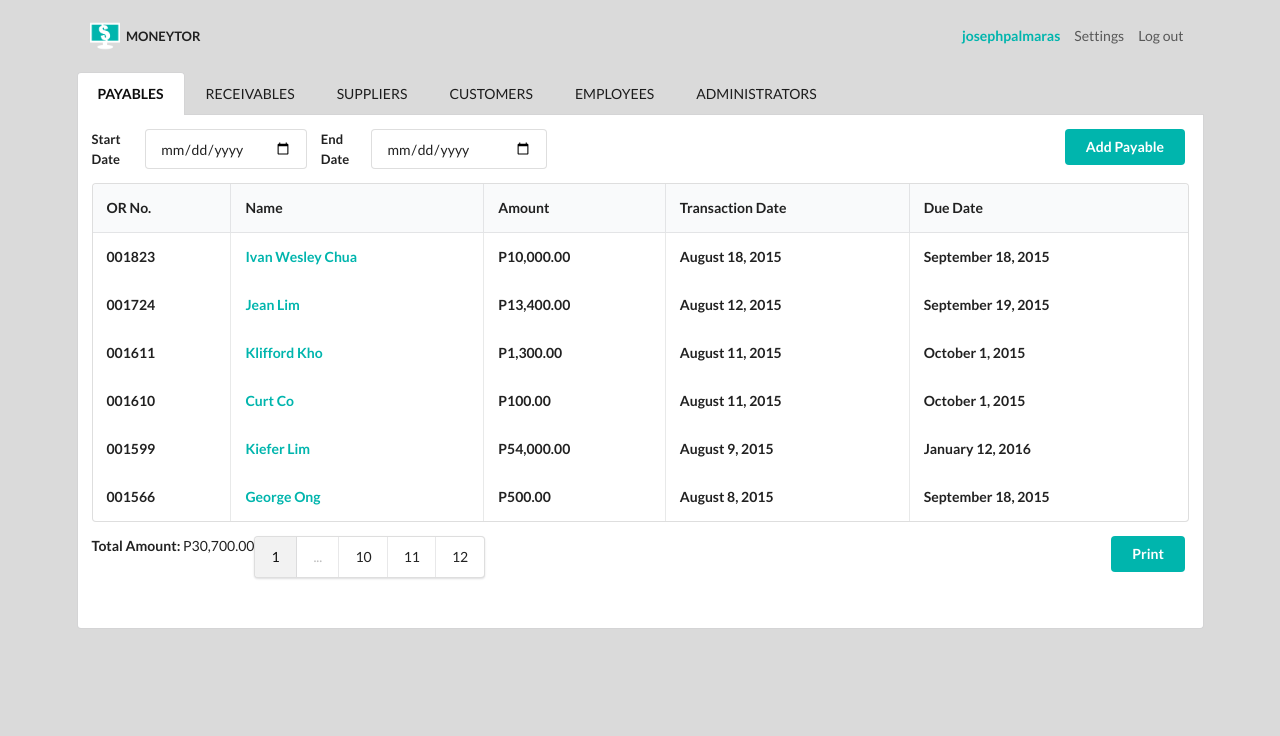
Repository: TV5/MoneyTor
Page: Workspace/MoneyTor/war/main.html
An editor plug-in stored every save of this project. The page is shown before and after the next save, followed by the edit.
The browser window is 1280 px wide. The pictures show the whole page.

Above is the page before, as saved 2015-08-18 16:34:20.

### Workspace/MoneyTor/war/main.html
<!DOCTYPE html>
<html>
<head>
  <!-- Standard Meta -->
  <meta charset="utf-8" />
  <meta http-equiv="X-UA-Compatible" content="IE=edge,chrome=1" />
  <meta name="viewport" content="width=device-width, initial-scale=1.0, maximum-scale=1.0">

  <!-- Site Properities -->
  <title>Main Page</title>
  <link rel="stylesheet" type="text/css" href="../dist/components/reset.css">
  <link rel="stylesheet" type="text/css" href="../dist/components/site.css">

  <link rel="stylesheet" type="text/css" href="../dist/components/container.css">
  <link rel="stylesheet" type="text/css" href="../dist/components/grid.css">
  <link rel="stylesheet" type="text/css" href="../dist/components/header.css">
  <link rel="stylesheet" type="text/css" href="../dist/components/image.css">
  <link rel="stylesheet" type="text/css" href="../dist/components/menu.css">

  <link rel="stylesheet" type="text/css" href="../dist/components/divider.css">
  <link rel="stylesheet" type="text/css" href="../dist/components/segment.css">
  <link rel="stylesheet" type="text/css" href="../dist/components/form.css">
  <link rel="stylesheet" type="text/css" href="../dist/components/input.css">
  <link rel="stylesheet" type="text/css" href="../dist/components/button.css">
  <link rel="stylesheet" type="text/css" href="../dist/components/list.css">
  <link rel="stylesheet" type="text/css" href="../dist/components/message.css">
  <link rel="stylesheet" type="text/css" href="../dist/components/icon.css">
  <link rel="stylesheet" type="text/css" href="../dist/components/tab.min.css">
  <link rel="stylesheet" type="text/css" href="../dist/components/table.min.css">
  <link rel="stylesheet" type="text/css" href="../dist/components/modal.min.css">
  <link rel="stylesheet" type="text/css" href="../dist/components/dimmer.min.css">
  <link rel="stylesheet" type="text/css" href="../dist/components/transition.min.css">
  <script src="assets/library/jquery.min.js"></script>
  <script src="../dist/components/form.js"></script>
  <script src="../dist/components/transition.js"></script>
  <script src="../dist/components/tab.min.js"></script>
  <script src="../dist/components/modal.min.js"></script>
  <script src="../dist/components/dimmer.min.js"></script>
  <script src="../dist/components/transition.min.js"></script>

  <style type="text/css">
    body {
      background-color: #DADADA;
    }
    body > .grid {
      height: 100%;
    }
    .image {
      margin-top: -100px;
    }
    .column {
      max-width: 450px;
    }
    .firstmenu {
    	padding-left: 20px;
    	padding-right: 20px;
    	padding-top: 0px;
    }
    a {
    	color: #00b5ad;
    }
    .link {
    	color: #00b5ad !important;
    }
  </style>
</head>
<body>


<div class="ui container">
	<div class="ui text menu firstmenu" width="100%">
	  <img src="assets/images/logo.png" style="width:30px;height:30px;margin-top:5px">
	  <div class="header item">MONEYTOR </div>


	  <div class="right menu">
	   <a class="item link">
	     <b>josephpalmaras</b>
	   </a>
	   <a id="settingsLink" class="item">
	     Settings
	   </a>
	   <a class="ui item">
	      Log out
	    </a>
	  </div>

	</div>
	<div class="ui top attached tabular menu">
	  <a class="active item">
	    PAYABLES
	  </a>
	  <a class="item">
	    RECEIVABLES
	  </a>
	  <a class="item">
	    SUPPLIERS
	  </a>
	  <a class="item">
	    CUSTOMERS
	  </a>
	  <a class="item">
	    EMPLOYEES
	  </a>
	  <a class="item">
	    ADMINISTRATORS
	  </a>
	</div>

	<div class="ui bottom attached active tab segment" style="padding-bottom:50px">
	  <div class="ui form ">
	  	<div class="inline fields" style="float:left">
	  	<div class="ten wide field">
	      <label>Start Date</label>
	      <input type="date">
	    </div>
	    <div class="ten wide field">
	      <label>End Date</label>
	      <input type="date">
	    </div>
	    </div>
	    <div class="three wide feild" style="float:right">
	      <button id="addPayableBtn" class="ui button teal">Add Payable</button>
	    </div>
	  </div>
	  <table class="ui celled padded table">
	  <thead>
	    <tr>
	    <th>OR No.</th>
	    <th>Name</th>
	    <th>Amount</th>
	    <th>Transaction Date</th>
	    <th>Due Date</th>
	  	</tr>
	  </thead>
	  <tbody>
	  	<tr>
	    <th>001823</th>
	    <th><a href="#">Ivan Wesley Chua</a></th>
	    <th>P10,000.00</th>
	    <th>August 18, 2015</th>
	    <th>September 18, 2015</th>
	  	</tr>
	  	<tr>
	    <th>001724</th>
	    <th><a href="#">Jean Lim</a></th>
	    <th>P13,400.00</th>
	    <th>August 12, 2015</th>
	    <th>September 19, 2015</th>
	  	</tr>
	  	<tr>
	    <th>001611</th>
	    <th><a href="#">Klifford Kho</a></th>
	    <th>P1,300.00</th>
	    <th>August 11, 2015</th>
	    <th>October 1, 2015</th>
	  	</tr>
	  	<tr>
	    <th>001610</th>
	    <th><a href="#">Curt Co</a></th>
	    <th>P100.00</th>
	    <th>August 11, 2015</th>
	    <th>October 1, 2015</th>
	  	</tr>
	  	<tr>
	    <th>001599</th>
	    <th><a href="#">Kiefer Lim</a></th>
	    <th>P54,000.00</th>
	    <th>August 9, 2015</th>
	    <th>January 12, 2016</th>
	  	</tr>
	  	<tr>
	    <th>001566</th>
	    <th><a href="#">George Ong</a></th>
	    <th>P500.00</th>
	    <th>August 8, 2015</th>
	    <th>September 18, 2015</th>
	  	</tr>
	  </tbody>
	  </table>
	  <div>
	<div class="ui pagination menu">
  <a class="active item">
    1
  </a>
  <div class="disabled item">
    ...
  </div>
  <a class="item">
    10
  </a>
  <a class="item">
    11
  </a>
  <a class="item">
    12
  </a>
</div>
	  <p style="float:left"><b>Total Amount: </b> P30,700.00</p>
	  <button class="ui button teal" style="float:right">Print</button>
		</div>
	</div>
</div>

<div id="userSettings" class="ui modal">
  <div class="header">User Settings</div>
  <div class="content">
    <form class="ui form">

    	<div class="inline fields">
		    <div class="two wide field">
		      <label>Username</label>
		    </div>
		    <div class="fourteen wide field">
		      josephpalmaras
		    </div>
		</div>

		<div class="inline fields">
		    <div class="two wide field">
		      <label>Password</label>
		    </div>
		    <div class="fourteen wide field">
		      <text>****** </text> <a href="#">change password</a>
		    </div>
		</div>

		<div class="inline fields">
		    <div class="two wide field">
		      <label>Name</label>
		    </div>
		    <div class="fourteen wide field">
		      <input type="text" value="Joseph Gabriell Palmaras"/>
		    </div>
		</div>
    </form>
  </div>
		<div class="actions">
			<div class="ui approve button teal">Save</div>
		    <div class="ui cancel button teal">Cancel</div>
		</div>
</div>

<!-- PAYABLE INFORMATION -->
<div id="addPayable" class="ui modal">
  <div class="header">Account Payable</div>
  <div class="content">
    <form class="ui form">

    	<div class="inline fields">
		    <div class="two wide field">
		      <label>Supplier Name</label>
		    </div>
		    <div class="fourteen wide field">
		      <input type="text">
		    </div>
		</div>

    	<div class="inline fields">
		    <div class="two wide field">
		      <label>Official Receipt Number</label>
		    </div>
		    <div class="fourteen wide field">
		      <input type="text">
		    </div>
		</div>

		<div class="inline fields">
		    <div class="two wide field">
		      <label>Amount</label>
		    </div>
		    <div class="fourteen wide field">
		      <input type="number">
		    </div>
		</div>

		<div class="inline fields">
		    <div class="two wide field">
		      <label>Transaction Date</label>
		    </div>
		    <div class="fourteen wide field">
		      <input type="date">
		    </div>
		</div>

		<div class="inline fields">
		    <div class="two wide field">
		      <label>Due Date</label>
		    </div>
		    <div class="fourteen wide field">
		      <input type="date">
		    </div>
		</div>


    </form>
  </div>
  <div class="actions">
    <div class="ui approve button teal">Save</div>
    <div class="ui button teal">Add More</div>
    <div class="ui cancel button teal">Cancel</div>
  </div>
</div>


<!-- SUPPLIER INFORMATION
<div id="addPayable" class="ui modal">
  <div class="header">Supplier</div>
  <div class="content">
    <form class="ui form">

    	<div class="inline fields">
		    <div class="two wide field">
		      <label>Name</label>
		    </div>
		    <div class="fourteen wide field">
		      <input type="text">
		    </div>
		</div>

    	<div class="inline fields">
		    <div class="two wide field">
		      <label>Address</label>
		    </div>
		    <div class="fourteen wide field">
		      <input type="text">
		    </div>
		</div>

    	<div class="inline fields">
		    <div class="two wide field">
		      <label>Contact Number</label>
		    </div>
		    <div class="fourteen wide field">
		      <input type="text">
		    </div>
		</div>

    	<div class="inline fields">
		    <div class="two wide field">
		      <label>Terms</label>
		    </div>
		    <div class="seven wide field">
		      <input type="number">
		    </div>
		    <div class="seven wide field">
		      <select class="ui fluid dropdown">
    			<option value="">days</option>
    			<option value="">weeks</option>
    			<option value="">months</option>
    			<option value="">years</option>
    		  </select>
		    </div>
		</div>

    </form>
  </div>
  <div class="actions">
    <div class="ui approve button">Save</div>
    <div class="ui button">Add More</div>
    <div class="ui cancel button">Cancel</div>
  </div>
</div> -->

</body>
<script type="text/javascript">

	$('#addPayableBtn').click(function(){
		$('#addPayable').modal('show');
	});

	$('#settingsLink').click(function(){
		$('#userSettings').modal('show');
	});

</script>
</html>

### Workspace/MoneyTor/war/dist/components/site.css
/*!
 * # Semantic UI 2.0.8 - Site
 * http://github.com/semantic-org/semantic-ui/
 *
 *
 * Copyright 2015 Contributors
 * Released under the MIT license
 * http://opensource.org/licenses/MIT
 *
 */


/*******************************
             Page
*******************************/

@import url('https://fonts.googleapis.com/css?family=Lato:400,700,400italic,700italic&subset=latin');
html,
body {
  height: 100%;
}
html {
  font-size: 14px;
}
body {
  margin: 0px;
  padding: 0px;
  overflow-x: hidden;
  min-width: 320px;
  background: #ffffff;
  font-family: 'Lato', 'Helvetica Neue', Arial, Helvetica, sans-serif;
  font-size: 14px;
  line-height: 1.4285em;
  color: rgba(0, 0, 0, 0.87);
  font-smoothing: antialiased;
}


/*******************************
             Headers
*******************************/

h1,
h2,
h3,
h4,
h5 {
  font-family: 'Lato', 'Helvetica Neue', Arial, Helvetica, sans-serif;
  line-height: 1.2857em;
  margin: calc(2rem -  0.14285em ) 0em 1rem;
  font-weight: bold;
  padding: 0em;
}
h1 {
  min-height: 1rem;
  font-size: 2rem;
}
h2 {
  font-size: 1.714rem;
}
h3 {
  font-size: 1.28rem;
}
h4 {
  font-size: 1.071rem;
}
h5 {
  font-size: 1rem;
}
h1:first-child,
h2:first-child,
h3:first-child,
h4:first-child,
h5:first-child {
  margin-top: 0em;
}
h1:last-child,
h2:last-child,
h3:last-child,
h4:last-child,
h5:last-child {
  margin-bottom: 0em;
}


/*******************************
             Text
*******************************/

p {
  margin: 0em 0em 1em;
  line-height: 1.4285em;
}
p:first-child {
  margin-top: 0em;
}
p:last-child {
  margin-bottom: 0em;
}

/*-------------------
        Links
--------------------*/

a {
  color: #4183c4;
  text-decoration: none;
}
a:hover {
  color: #1e70bf;
  text-decoration: none;
}


/*******************************
          Highlighting
*******************************/


/* Site */
::-webkit-selection {
  background-color: #cce2ff;
  color: rgba(0, 0, 0, 0.87);
}
::-moz-selection {
  background-color: #cce2ff;
  color: rgba(0, 0, 0, 0.87);
}
::selection {
  background-color: #cce2ff;
  color: rgba(0, 0, 0, 0.87);
}

/* Form */
textarea::-webkit-selection,
input::-webkit-selection {
  background-color: rgba(100, 100, 100, 0.4);
  color: rgba(0, 0, 0, 0.87);
}
textarea::-moz-selection,
input::-moz-selection {
  background-color: rgba(100, 100, 100, 0.4);
  color: rgba(0, 0, 0, 0.87);
}
textarea::selection,
input::selection {
  background-color: rgba(100, 100, 100, 0.4);
  color: rgba(0, 0, 0, 0.87);
}


/*******************************
        Global Overrides
*******************************/



/*******************************
         Site Overrides
*******************************/

### Workspace/MoneyTor/war/dist/components/container.css
/*!
 * # Semantic UI 2.0.8 - Container
 * http://github.com/semantic-org/semantic-ui/
 *
 *
 * Copyright 2015 Contributors
 * Released under the MIT license
 * http://opensource.org/licenses/MIT
 *
 */


/*******************************
            Container
*******************************/


/* All Sizes */
.ui.container {
  display: block;
  max-width: 100% !important;
}

/* Mobile */
@media only screen and (max-width: 767px) {
  .ui.container {
    width: auto;
    margin-left: 1em !important;
    margin-right: 1em !important;
  }
  .ui.grid.container {
    width: auto !important;
  }
}

/* Tablet */
@media only screen and (min-width: 768px) and (max-width: 991px) {
  .ui.container {
    width: 723px;
    margin-left: auto !important;
    margin-right: auto !important;
  }
  .ui.grid.container {
    width: calc( 723px  +  2em ) !important;
  }
}

/* Small Monitor */
@media only screen and (min-width: 992px) and (max-width: 1199px) {
  .ui.container {
    width: 933px;
    margin-left: auto !important;
    margin-right: auto !important;
  }
  .ui.grid.container {
    width: calc( 933px  +  2em ) !important;
  }
}

/* Large Monitor */
@media only screen and (min-width: 1200px) {
  .ui.container {
    width: 1127px;
    margin-left: auto !important;
    margin-right: auto !important;
  }
  .ui.grid.container {
    width: calc( 1127px  +  2em ) !important;
  }
}


/*******************************
             Types
*******************************/


/* Text Container */
.ui.text.container {
  font-family: 'Lato', 'Helvetica Neue', Arial, Helvetica, sans-serif;
  max-width: 700px !important;
  line-height: 1.5;
}
.ui.text.container {
  font-size: 1.14285714rem;
}

/* Fluid */
.ui.fluid.container {
  width: 100%;
}


/*******************************
           Variations
*******************************/

.ui[class*="left aligned"].container {
  text-align: left;
}
.ui[class*="center aligned"].container {
  text-align: center;
}
.ui[class*="right aligned"].container {
  text-align: right;
}
.ui.justified.container {
  text-align: justify;
  -webkit-hyphens: auto;
     -moz-hyphens: auto;
      -ms-hyphens: auto;
          hyphens: auto;
}


/*******************************
         Theme Overrides
*******************************/



/*******************************
         Site Overrides
*******************************/

### Workspace/MoneyTor/war/dist/components/image.css
/*!
 * # Semantic UI 2.0.8 - Image
 * http://github.com/semantic-org/semantic-ui/
 *
 *
 * Copyright 2015 Contributors
 * Released under the MIT license
 * http://opensource.org/licenses/MIT
 *
 */


/*******************************
             Image
*******************************/

.ui.image {
  position: relative;
  display: inline-block;
  vertical-align: middle;
  max-width: 100%;
  background-color: transparent;
}
img.ui.image {
  display: block;
}
.ui.image svg,
.ui.image img {
  display: block;
  max-width: 100%;
  height: auto;
}


/*******************************
            States
*******************************/

.ui.hidden.images,
.ui.hidden.image {
  display: none;
}
.ui.disabled.images,
.ui.disabled.image {
  cursor: default;
  opacity: 0.45;
}


/*******************************
          Variations
*******************************/


/*--------------
     Inline
---------------*/

.ui.inline.image,
.ui.inline.image svg,
.ui.inline.image img {
  display: inline-block;
}

/*------------------
  Vertical Aligned
-------------------*/

.ui.top.aligned.images .image,
.ui.top.aligned.image,
.ui.top.aligned.image svg,
.ui.top.aligned.image img {
  display: inline-block;
  vertical-align: top;
}
.ui.middle.aligned.images .image,
.ui.middle.aligned.image,
.ui.middle.aligned.image svg,
.ui.middle.aligned.image img {
  display: inline-block;
  vertical-align: middle;
}
.ui.bottom.aligned.images .image,
.ui.bottom.aligned.image,
.ui.bottom.aligned.image svg,
.ui.bottom.aligned.image img {
  display: inline-block;
  vertical-align: bottom;
}

/*--------------
     Rounded
---------------*/

.ui.rounded.images .image,
.ui.rounded.image,
.ui.rounded.images .image > *,
.ui.rounded.image > * {
  border-radius: 0.3125em;
}

/*--------------
    Bordered
---------------*/

.ui.bordered.images .image,
.ui.bordered.images img,
.ui.bordered.images svg,
.ui.bordered.image img,
.ui.bordered.image svg,
img.ui.bordered.image {
  border: 1px solid rgba(0, 0, 0, 0.1);
}

/*--------------
    Circular
---------------*/

.ui.circular.images,
.ui.circular.image {
  overflow: hidden;
}
.ui.circular.images .image,
.ui.circular.image,
.ui.circular.images .image > *,
.ui.circular.image > * {
  border-radius: 500rem;
}

/*--------------
     Fluid
---------------*/

.ui.fluid.images,
.ui.fluid.image,
.ui.fluid.images img,
.ui.fluid.images svg,
.ui.fluid.image svg,
.ui.fluid.image img {
  display: block;
  width: 100%;
  height: auto;
}

/*--------------
     Avatar
---------------*/

.ui.avatar.images .image,
.ui.avatar.images img,
.ui.avatar.images svg,
.ui.avatar.image img,
.ui.avatar.image svg,
.ui.avatar.image {
  margin-right: 0.25em;
  display: inline-block;
  width: 2em;
  height: 2em;
  border-radius: 500rem;
}

/*-------------------
       Spaced
--------------------*/

.ui.spaced.image {
  display: inline-block !important;
  margin-left: 0.5em;
  margin-right: 0.5em;
}
.ui[class*="left spaced"].image {
  margin-left: 0.5em;
  margin-right: 0em;
}
.ui[class*="right spaced"].image {
  margin-left: 0em;
  margin-right: 0.5em;
}

/*-------------------
       Floated
--------------------*/

.ui.floated.image,
.ui.floated.images {
  float: left;
  margin-right: 1em;
  margin-bottom: 1em;
}
.ui.right.floated.images,
.ui.right.floated.image {
  float: right;
  margin-right: 0em;
  margin-bottom: 1em;
  margin-left: 1em;
}
.ui.floated.images:last-child,
.ui.floated.image:last-child {
  margin-bottom: 0em;
}
.ui.centered.images,
.ui.centered.image {
  margin-left: auto;
  margin-right: auto;
}

/*--------------
     Sizes
---------------*/

.ui.mini.images .image,
.ui.mini.images img,
.ui.mini.images svg,
.ui.mini.image {
  width: 35px;
  height: auto;
  font-size: 0.71428571rem;
}
.ui.tiny.images .image,
.ui.tiny.images img,
.ui.tiny.images svg,
.ui.tiny.image {
  width: 80px;
  height: auto;
  font-size: 0.85714286rem;
}
.ui.small.images .image,
.ui.small.images img,
.ui.small.images svg,
.ui.small.image {
  width: 150px;
  height: auto;
  font-size: 0.92857143rem;
}
.ui.medium.images .image,
.ui.medium.images img,
.ui.medium.images svg,
.ui.medium.image {
  width: 300px;
  height: auto;
  font-size: 1rem;
}
.ui.large.images .image,
.ui.large.images img,
.ui.large.images svg,
.ui.large.image {
  width: 450px;
  height: auto;
  font-size: 1.14285714rem;
}
.ui.big.images .image,
.ui.big.images img,
.ui.big.images svg,
.ui.big.image {
  width: 600px;
  height: auto;
  font-size: 1.28571429rem;
}
.ui.huge.images .image,
.ui.huge.images img,
.ui.huge.images svg,
.ui.huge.image {
  width: 800px;
  height: auto;
  font-size: 1.42857143rem;
}
.ui.massive.images .image,
.ui.massive.images img,
.ui.massive.images svg,
.ui.massive.image {
  width: 960px;
  height: auto;
  font-size: 1.71428571rem;
}


/*******************************
              Groups
*******************************/

.ui.images {
  font-size: 0em;
  margin: 0em -0.25rem 0rem;
}
.ui.images .image,
.ui.images img,
.ui.images svg {
  display: inline-block;
  margin: 0em 0.25rem 0.5rem;
}


/*******************************
         Theme Overrides
*******************************/



/*******************************
         Site Overrides
*******************************/

Loaded but not shown: Workspace/MoneyTor/war/dist/components/tab.min.css (common file); Workspace/MoneyTor/war/dist/components/table.min.css (library); Workspace/MoneyTor/war/dist/components/modal.min.css (library); Workspace/MoneyTor/war/dist/components/dimmer.min.css (common file); Workspace/MoneyTor/war/dist/components/transition.min.css (library); Workspace/MoneyTor/war/assets/library/jquery.min.js (library); Workspace/MoneyTor/war/dist/components/tab.min.js (library); Workspace/MoneyTor/war/dist/components/modal.min.js (library); Workspace/MoneyTor/war/dist/components/dimmer.min.js (library); Workspace/MoneyTor/war/dist/components/transition.min.js (library); Workspace/MoneyTor/war/dist/components/form.js (1308 lines, source omitted); Workspace/MoneyTor/war/dist/components/transition.js (1072 lines, source omitted); Workspace/MoneyTor/war/dist/components/button.css (3230 lines, source omitted); Workspace/MoneyTor/war/dist/components/grid.css (1879 lines, source omitted); Workspace/MoneyTor/war/dist/components/icon.css (2601 lines, source omitted); Workspace/MoneyTor/war/dist/components/menu.css (1891 lines, source omitted); Workspace/MoneyTor/war/dist/components/form.css (994 lines, source omitted); Workspace/MoneyTor/war/dist/components/list.css (923 lines, source omitted); Workspace/MoneyTor/war/dist/components/segment.css (751 lines, source omitted); Workspace/MoneyTor/war/dist/components/header.css (721 lines, source omitted); Workspace/MoneyTor/war/dist/components/input.css (486 lines, source omitted); Workspace/MoneyTor/war/dist/components/message.css (462 lines, source omitted); Workspace/MoneyTor/war/dist/components/reset.css (423 lines, source omitted); Workspace/MoneyTor/war/dist/components/divider.css (260 lines, source omitted)

After the next save:
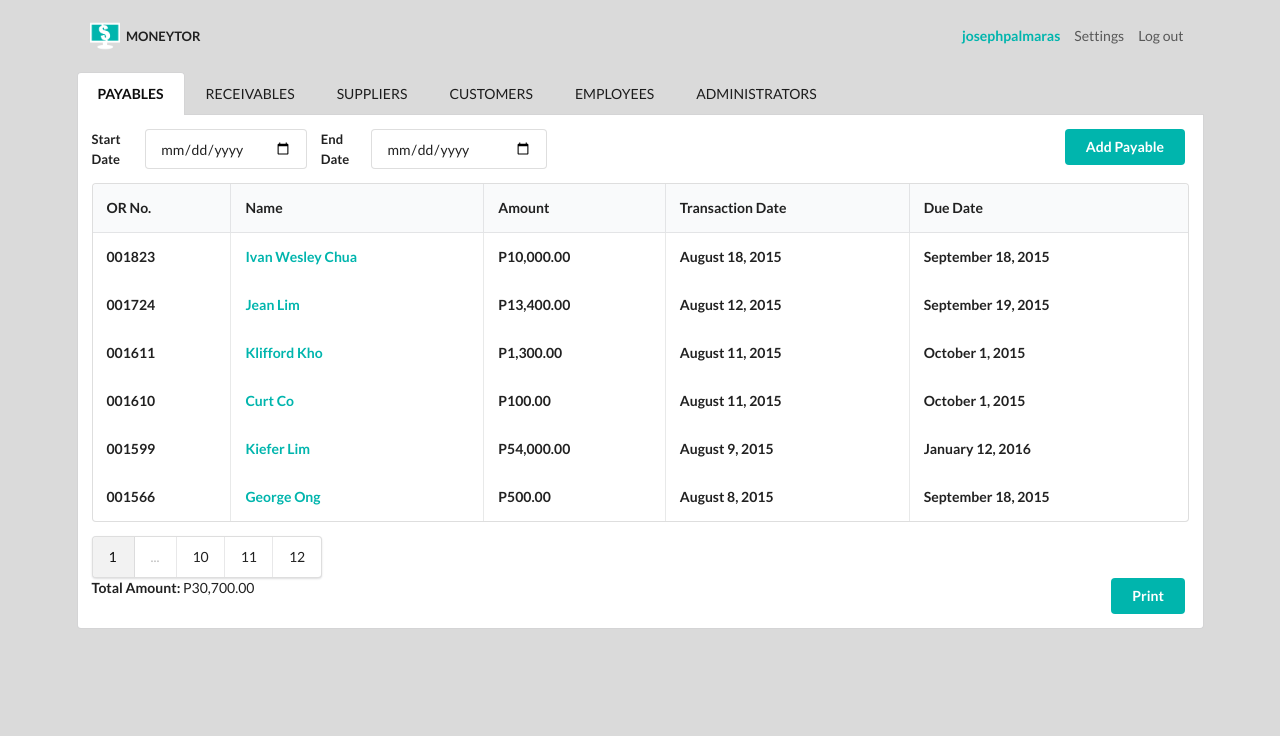
Saved 55 s later.
--- a/Workspace/MoneyTor/war/main.html
+++ b/Workspace/MoneyTor/war/main.html
@@ -178,7 +178,6 @@
 	  	</tr>
 	  </tbody>
 	  </table>
-	  <div>
 	<div class="ui pagination menu">
   <a class="active item">
     1
@@ -196,6 +195,7 @@
     12
   </a>
 </div>
+	  <div>
 	  <p style="float:left"><b>Total Amount: </b> P30,700.00</p>
 	  <button class="ui button teal" style="float:right">Print</button>
 		</div>
